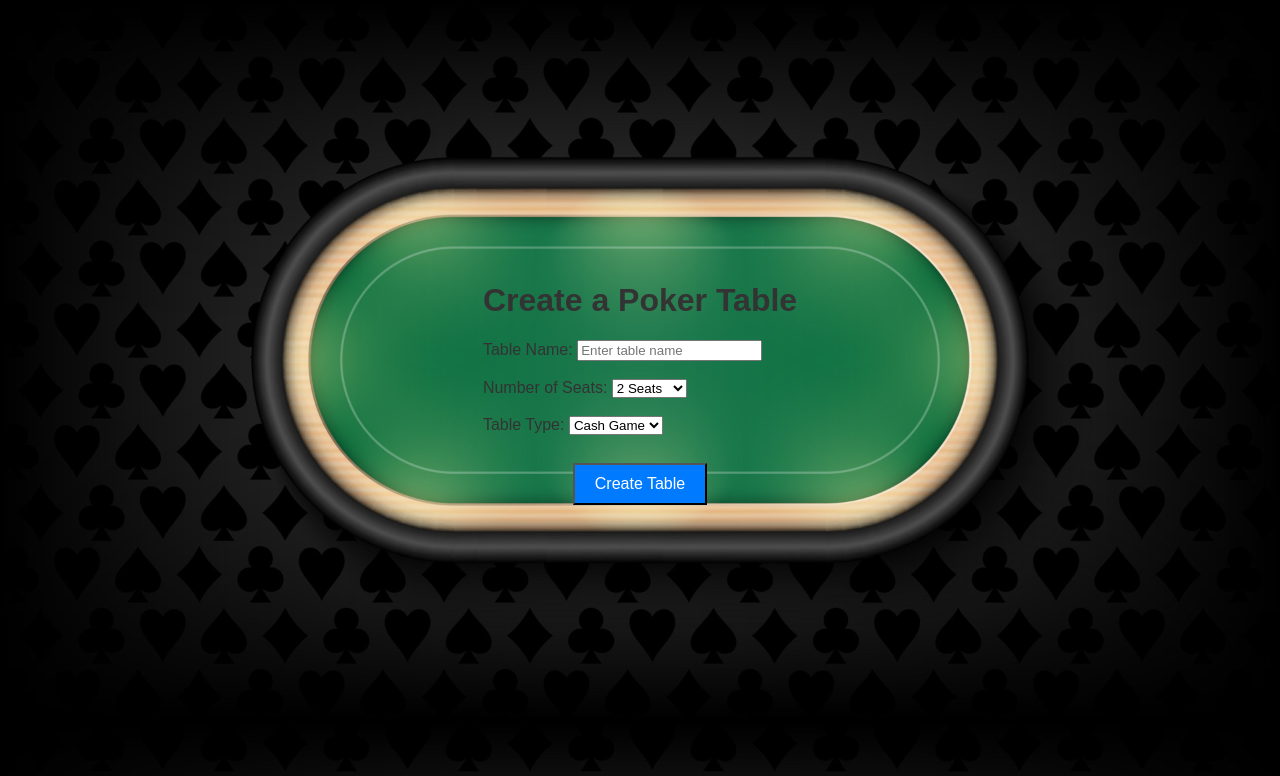
Repository: KidBillionaire/newapp
Page: public/create-table.html
An editor plug-in stored every save of this project. The page is shown before and after the next save, followed by the edit.
The browser window is 1280 px wide. The pictures show the whole page.
Backgrounds fixed to the window are drawn as part of the page.

Above is the page before, as saved 2024-10-10 16:17:35.

### public/create-table.html
<!DOCTYPE html>
<html lang="en">
<head>
  <meta charset="UTF-8">
  <meta name="viewport" content="width=device-width, initial-scale=1.0">
  <title>Create a Poker Table</title>
  <link rel="stylesheet" href="styles.css"> <!-- Link to your styles -->
  <script defer src="/js/createTable.js"></script> <!-- Link to frontend JS for this page -->
</head>
<body class="create-table-page"> <!-- Add the class here to apply the background -->
  <div>
    <h1>Create a Poker Table</h1>
    <!-- Form to Create a New Poker Table -->
    <form id="createTableForm">
      <label for="tableName">Table Name:</label>
      <input type="text" id="tableName" placeholder="Enter table name" required>
      <br><br>

      <label for="numSeats">Number of Seats:</label>
      <select id="numSeats">
        <option value="2">2 Seats</option>
        <option value="6">6 Seats</option>
        <option value="10">10 Seats</option>
      </select>
      <br><br>

      <label for="tableType">Table Type:</label>
      <select id="tableType">
        <option value="cash">Cash Game</option>
        <option value="tournament">Tournament</option>
      </select>
      <br><br>

      <button type="submit">Create Table</button>
    </form>
  </div>
</body>
</html>

### public/styles.css
body {
    font-family: Arial, sans-serif;
    background-color: #f7f9fc;
    padding: 20px;
}

h1 {
    text-align: center;
    color: #333;
}

#userTable {
    width: 80%;
    margin: 0 auto;
    border-collapse: collapse;
}

#userTable th,
#userTable td {
    border: 1px solid #ddd;
    padding: 8px;
    text-align: center;
}

#userTable th {
    background-color: #333;
    color: white;
}

button {
    display: block;
    margin: 10px auto;
    padding: 10px 20px;
    font-size: 16px;
    cursor: pointer;
}

button:hover {
    background-color: #555;
    /* Darker background */
    color: #fff;
    /* White text */
}


.montserrat-title {
    font-family: 'Montserrat', sans-serif;
    font-weight: 700;
    /* strong title font */
}

.montserrat-body {
    font-family: 'Montserrat', sans-serif;
    font-weight: 400;
    /* normal body font */
}

.container {
    display: flex;
    justify-content: space-around;
    align-items: center;
}

:root {
    --primary-color: #333;
    --secondary-color: #007BFF;
    --background: #f7f9fc;
}

body {
    background: var(--background);
    color: var(--primary-color);
}

button {
    background-color: var(--secondary-color);
    color: white;
}

/* Profile Settings Section */
#profileSettings {
    margin: 20px auto;
    width: 50%;
    border: 1px solid #ddd;
    padding: 20px;
    background-color: #fff;
    box-shadow: 0 0 10px rgba(0, 0, 0, 0.1);
}

.hidden {
    display: none;
}

#profileSettings label {
    display: inline-block;
    width: 150px;
}

#profileSettings input {
    width: calc(100% - 160px);
    padding: 8px;
    margin: 8px 0;
}

#profileSettings button {
    width: 100%;
    padding: 10px;
    background-color: #333;
    color: white;
    border: none;
    cursor: pointer;
}
/* Create a specific class for the Create Poker Table page background */
.create-table-page {
    background-image: url('images/vecteezy_poker-table-green-cloth-on-dark-background-vector-illustration_6325236.jpg'); /* Set background image */
    background-size: cover;         /* Scale the image to cover the entire page */
    background-repeat: no-repeat;   /* Prevent tiling */
    background-position: center;    /* Center the background */
    background-attachment: fixed;   /* Make the background fixed during scroll */
    padding: 20px;
    height: 100vh;                  /* Set height to fill the entire view height */
    display: flex;                  /* Use flexbox for centering */
    justify-content: center;        /* Center content horizontally */
    align-items: center;            /* Center content vertically */
  }

### public/js/createTable.js
document.addEventListener('DOMContentLoaded', () => {
    const createTableForm = document.getElementById('createTableForm');

    // Handle the form submission
    createTableForm.addEventListener('submit', async (event) => {
      event.preventDefault();

      // Get form values
      const tableName = document.getElementById('tableName').value;
      const numSeats = document.getElementById('numSeats').value;
      const tableType = document.getElementById('tableType').value;

      // Create the table data object
      const tableData = {
        tableName,
        numSeats: parseInt(numSeats),
        tableType,
      };

      // Send the data to the server
      try {
        const response = await fetch('/tables', {
          method: 'POST',
          headers: { 'Content-Type': 'application/json' },
          body: JSON.stringify(tableData),
        });

        if (response.ok) {
          alert('Poker table created successfully!');
          createTableForm.reset(); // Clear the form
        } else {
          alert('Failed to create table');
        }
      } catch (error) {
        console.error('Error creating table:', error);
        alert('An error occurred. Please try again.');
      }
    });
  });

After the next save:
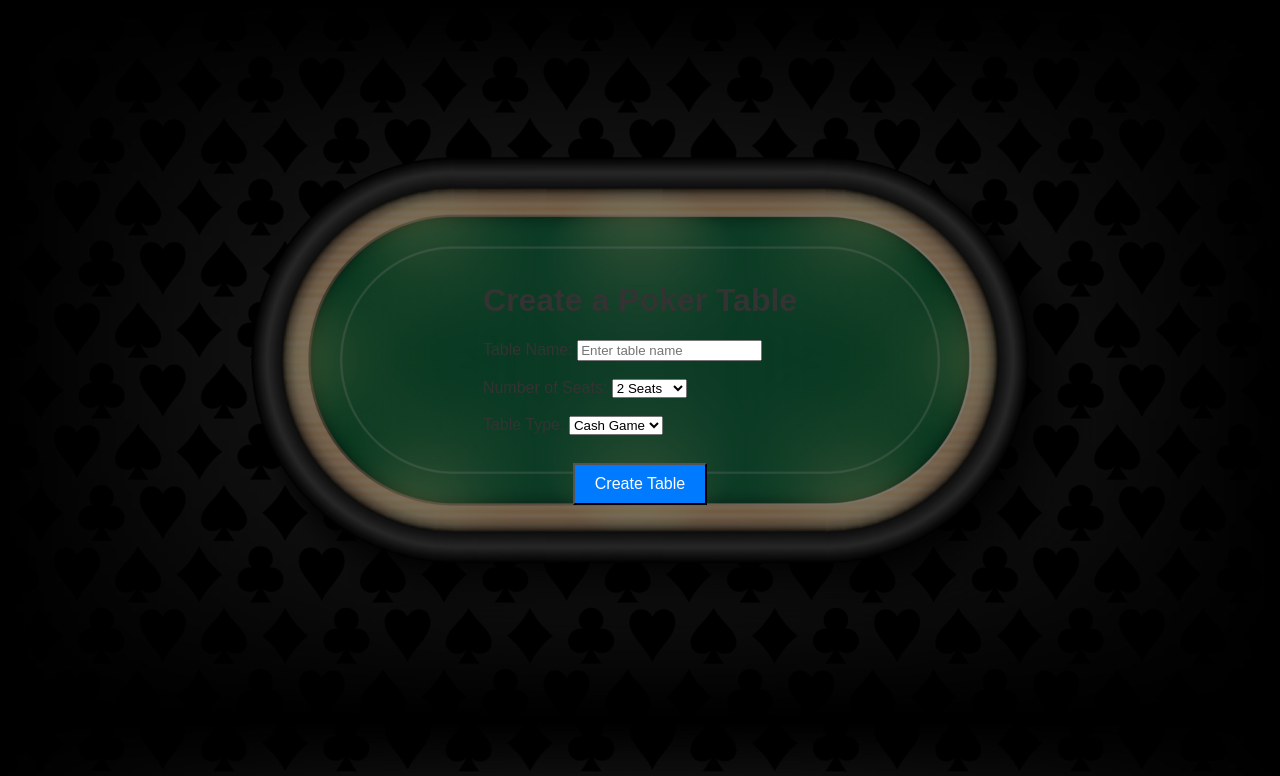
Saved 34 s later.
--- a/public/styles.css
+++ b/public/styles.css
@@ -123,3 +123,14 @@ button {
     justify-content: center;        /* Center content horizontally */
     align-items: center;            /* Center content vertically */
   }
+
+  .create-table-page::after {
+    content: '';
+    position: absolute;
+    top: 0;
+    left: 0;
+    width: 100%;
+    height: 100%;
+    background: rgba(0, 0, 0, 0.5); /* Dark overlay */
+    z-index: -1; /* Ensure it stays behind other elements */
+  }
